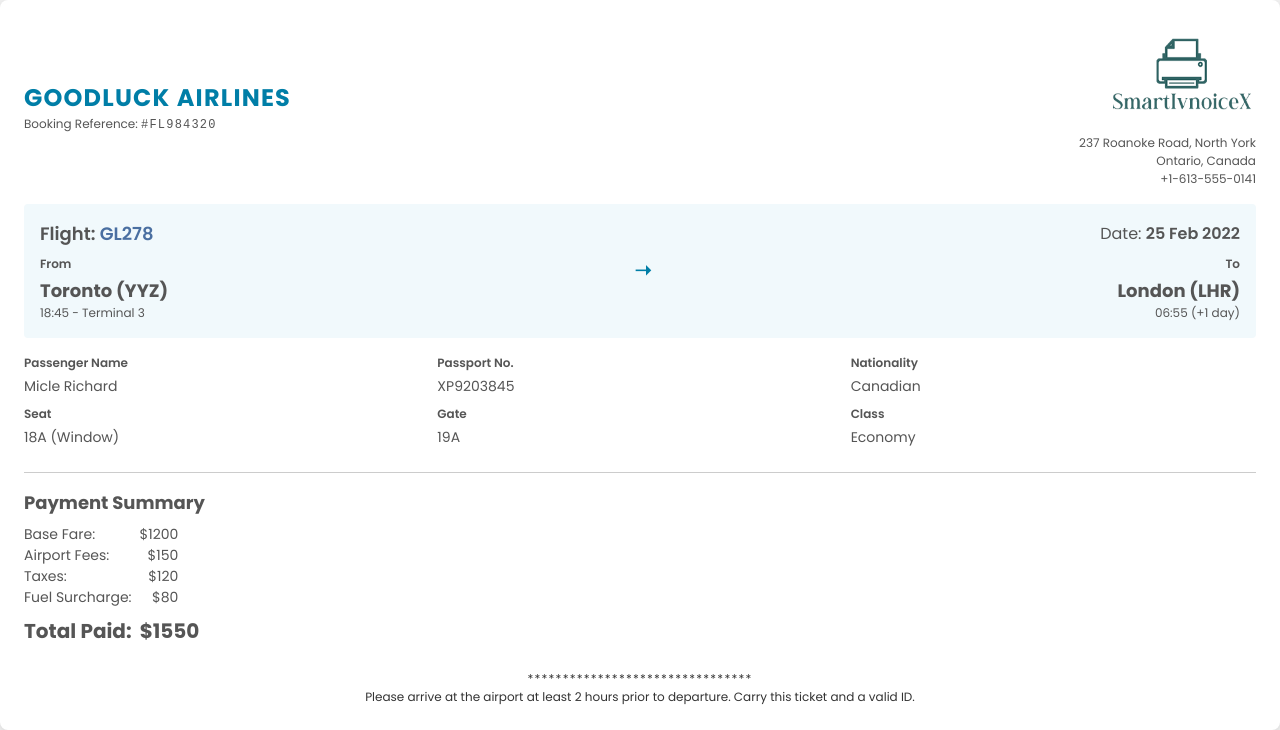
Repository: SPOTWEBDEV/ReceiptGeneratorWebsite
Page: template/2.html
These files come from the project's save history. The page is drawn as it stood at one moment and after the next save; the edit follows.
The browser window is 1280 px wide. The pictures show the whole page.

Above is the page before, as saved 2025-07-02 08:18:05.

After the next save:
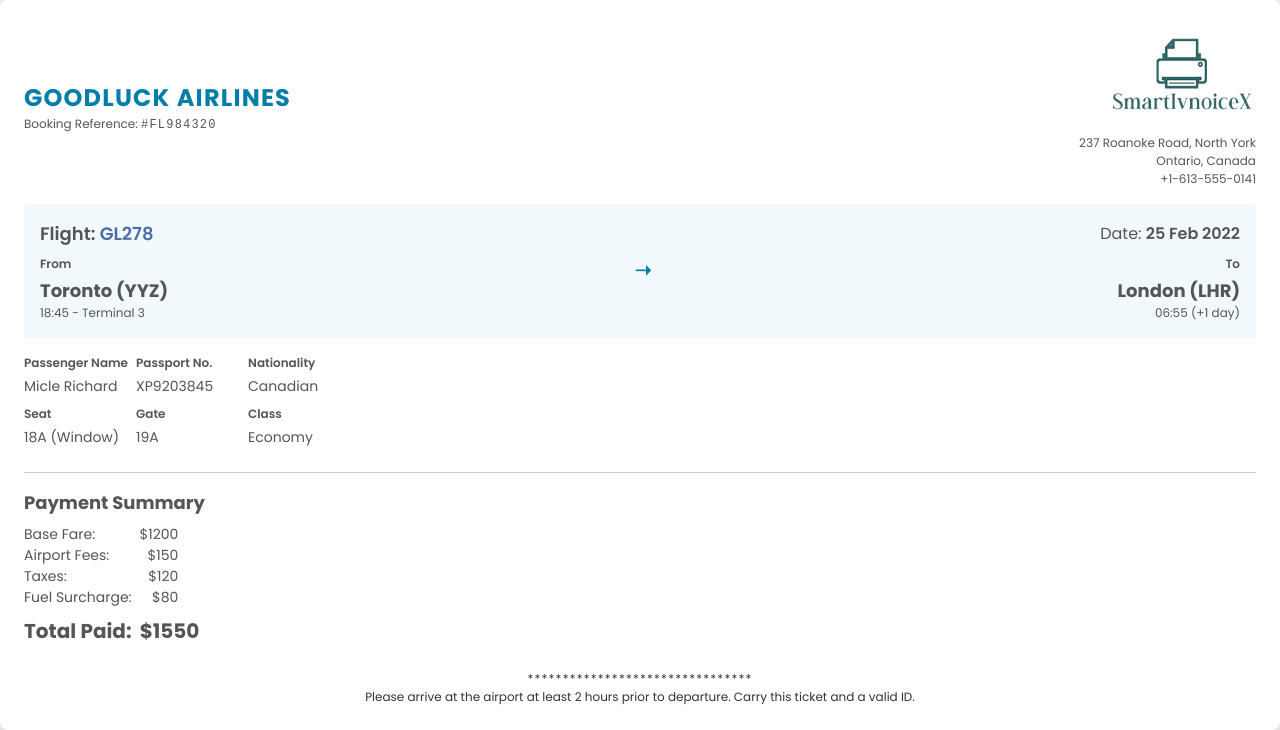
Saved 39 s later.
--- a/assets/css/template.css
+++ b/assets/css/template.css
@@ -73,7 +73,7 @@ body {
 .tracking-wide { letter-spacing: 0.05em; }
 .tracking-widest { letter-spacing: 0.2em; }
 
-.grid { display: grid; }
+.grid { display: grid; width: fit-content; }
 .grid-cols-2 { grid-template-columns: repeat(2, 1fr); }
 .grid-cols-3 { grid-template-columns: repeat(3, 1fr); }
 .grid-cols-6 { grid-template-columns: repeat(6, 1fr); }
